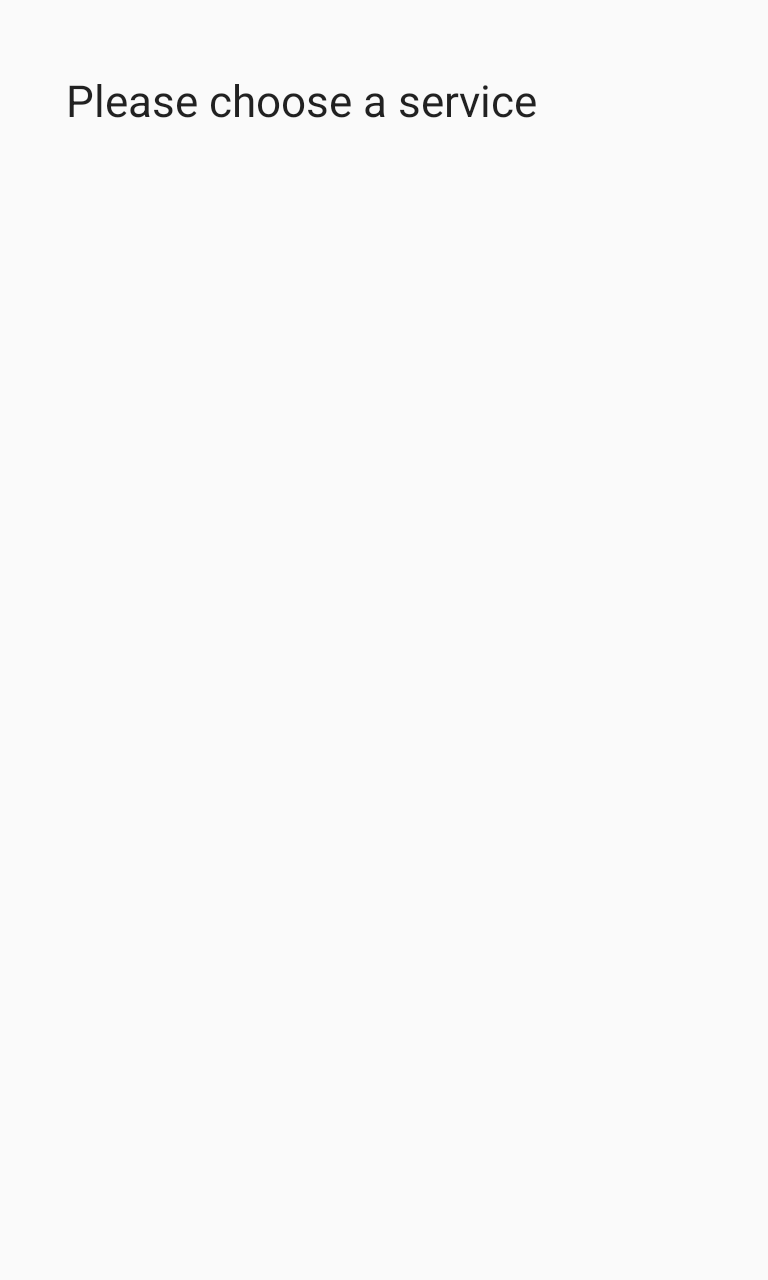
Repository: nave29/sem_1
Layout: VERSION_0.0/sem1_gica/res/layout/activity_list_services.xml
The author's editor kept a copy of each file at every save. The layout is drawn from the files as they stood at one save, then again after the next save.
It is drawn on a 768 x 1280 px phone screen (xhdpi) without system bars, with theme AppTheme; the app's code is not run.

Above is the layout before, as saved 2014-09-08 09:34:12.

After the next save:
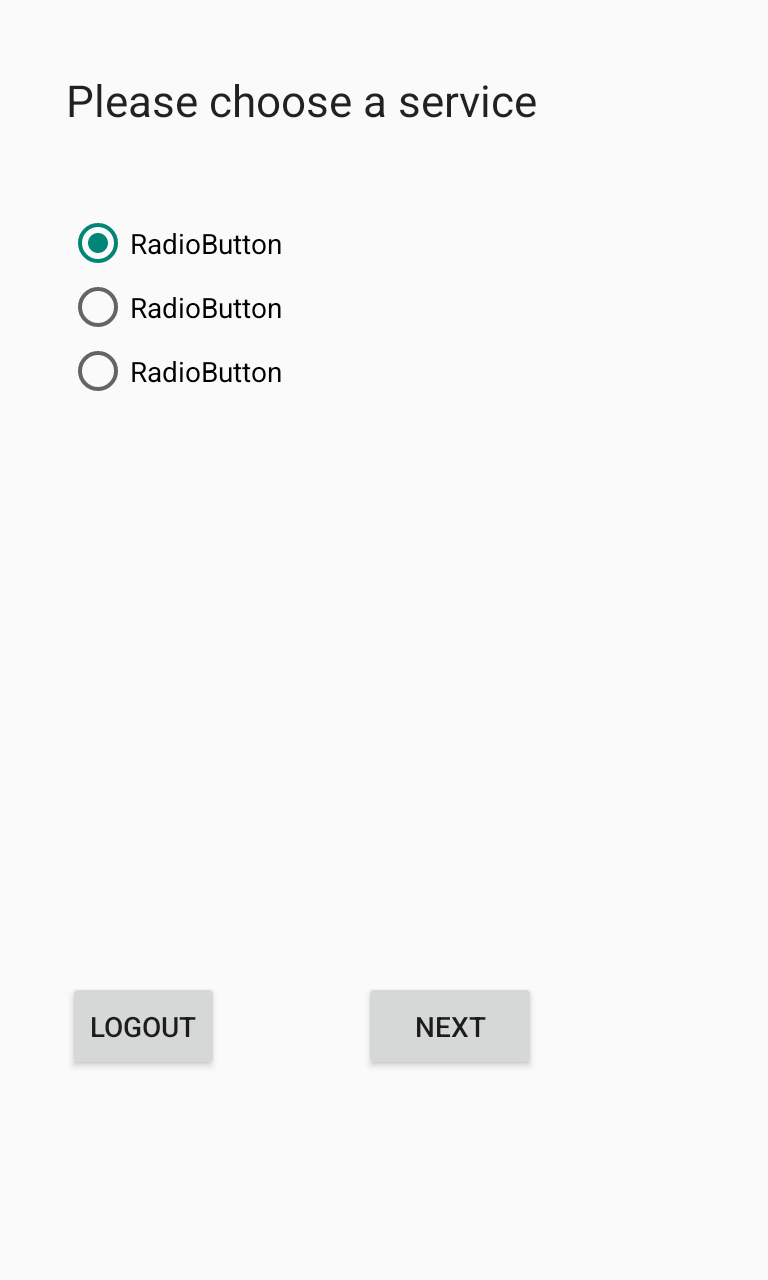
Saved 5 min 55 s later.
--- a/VERSION_0.0/sem1_gica/res/layout/activity_list_services.xml
+++ b/VERSION_0.0/sem1_gica/res/layout/activity_list_services.xml
@@ -19,4 +19,58 @@
         android:text="Please choose a service"
         android:textAppearance="?android:attr/textAppearanceLarge" />
 
+    <RadioGroup
+        android:id="@+id/radioGroup1"
+        android:layout_width="wrap_content"
+        android:layout_height="wrap_content"
+        android:layout_alignLeft="@+id/textView1"
+        android:layout_below="@+id/textView1"
+        android:layout_marginTop="41dp" >
+    </RadioGroup>
+
+    <RadioGroup
+        android:id="@+id/radioGroup2"
+        android:layout_width="wrap_content"
+        android:layout_height="wrap_content"
+        android:layout_alignLeft="@+id/radioGroup1"
+        android:layout_below="@+id/radioGroup1" >
+
+        <RadioButton
+            android:id="@+id/radio0"
+            android:layout_width="wrap_content"
+            android:layout_height="wrap_content"
+            android:checked="true"
+            android:text="RadioButton" />
+
+        <RadioButton
+            android:id="@+id/radio1"
+            android:layout_width="wrap_content"
+            android:layout_height="wrap_content"
+            android:text="RadioButton" />
+
+        <RadioButton
+            android:id="@+id/radio2"
+            android:layout_width="wrap_content"
+            android:layout_height="wrap_content"
+            android:text="RadioButton" />
+    </RadioGroup>
+
+    <Button
+        android:id="@+id/button3"
+        android:layout_width="wrap_content"
+        android:layout_height="wrap_content"
+        android:layout_alignParentBottom="true"
+        android:layout_alignRight="@+id/textView1"
+        android:layout_marginBottom="87dp"
+        android:text="Next" />
+
+    <Button
+        android:id="@+id/button1"
+        style="?android:attr/buttonStyleSmall"
+        android:layout_width="wrap_content"
+        android:layout_height="wrap_content"
+        android:layout_alignLeft="@+id/radioGroup2"
+        android:layout_alignTop="@+id/button3"
+        android:text="Logout" />
+
 </RelativeLayout>
